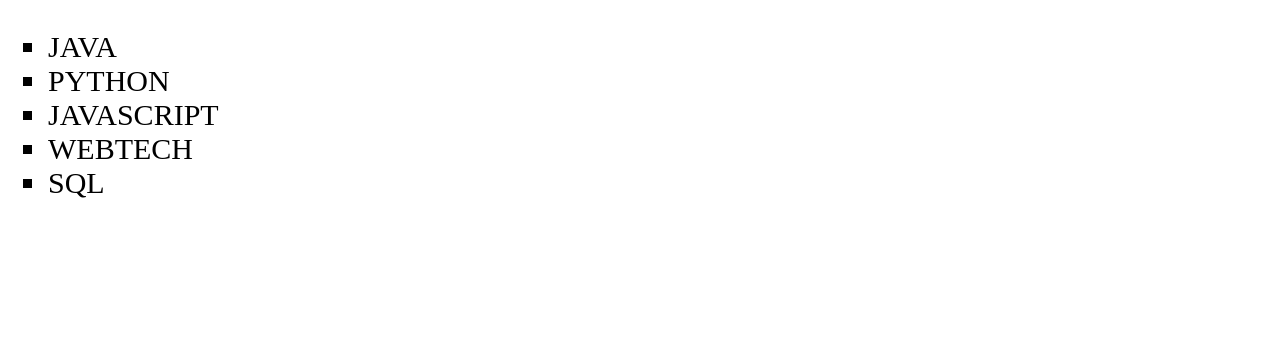
Repository: Rohit-sharma9838/myself
Page: Qspider/list.html
These files come from the project's save history. The page is drawn as it stood at one moment and after the next save; the edit follows.
The browser window is 1280 px wide. The pictures show the whole page.

Above is the page before, as saved 2025-08-16 17:36:11.

### Qspider/list.html
<!DOCTYPE html>
<html lang="en">
<head>
    <meta charset="UTF-8">
    <meta name="viewport" content="width=device-width, initial-scale=1.0">
    <title>Document</title>
</head>
<body>
    <ul type="square" style="font-size: 30px;">
        <li>JAVA</li>
        <li>PYTHON</li>
        <li>JAVASCRIPT</li>
        <li>WEBTECH</li>
        <li>SQL</li>
    </ul>
</body>
</html>

After the next save:
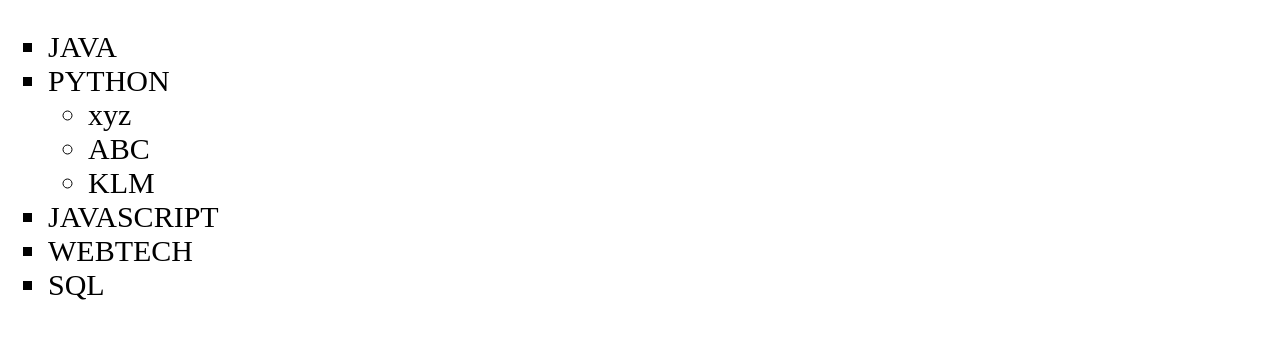
Saved 94 s later.
--- a/Qspider/list.html
+++ b/Qspider/list.html
@@ -9,6 +9,11 @@
     <ul type="square" style="font-size: 30px;">
         <li>JAVA</li>
         <li>PYTHON</li>
+        <ul>
+            <li>xyz</li>
+            <li>ABC</li>
+            <li>KLM</li>
+        </ul>
         <li>JAVASCRIPT</li>
         <li>WEBTECH</li>
         <li>SQL</li>
